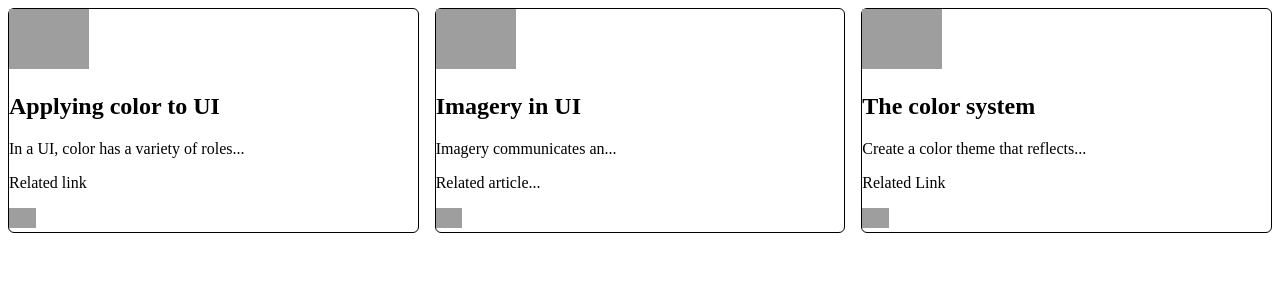
Repository: Sc-Juju/tres-cards
Page: index.html
These files come from the project's save history. The page is drawn as it stood at one moment and after the next save; the edit follows.
The browser window is 1280 px wide. The pictures show the whole page.
Pictures or frames that could not be fetched are drawn as grey boxes. Some web libraries are served in a nearby version.

Above is the page before, as saved 2022-09-29 14:24:01.

### index.html
<!DOCTYPE html>
<html lang="en">
	<head>
		<link
			rel="stylesheet"
			href="https://cdnjs.cloudflare.com/ajax/libs/font-awesome/6.2.0/css/all.min.css"
			integrity="sha512-xh6O/CkQoPOWDdYTDqeRdPCVd1SpvCA9XXcUnZS2FmJNp1coAFzvtCN9BmamE+4aHK8yyUHUSCcJHgXloTyT2A=="
			crossorigin="anonymous"
			referrerpolicy="no-referrer"
		/>
		<link rel="stylesheet" href="./main.css" />
		<meta charset="UTF-8" />
		<meta http-equiv="X-UA-Compatible" content="IE=edge" />
		<meta name="viewport" content="width=device-width, initial-scale=1.0" />
		<script
			src="https://kit.fontawesome.com/020fb16134.js"
			crossorigin="anonymous"
		></script>
		<title>Tres cards</title>
	</head>
	<body>
		<div class="tres-cards">
			<div class="card">
				<div class="card-image">
					<img
						src="https://cdn.icon-icons.com/icons2/91/PNG/128/color_wheel_16443.png"
						alt="color-wheel"
					/>
					<h2>Applying color to UI</h2>
					<p>In a UI, color has a variety of roles...</p>
				</div>
				<p>Related link</p>
				<img
					src="https://www.pngfind.com/pngs/m/510-5107490_vector-arrow-png-arrow-pointing-to-top-right.png"
					alt="arrow"
					class="arrow"
				/>
			</div>
			<div class="card">
				<div class="card-image">
					<img
						src="https://wac-cdn.atlassian.com/dam/jcr:1a5346ae-771f-4dde-8df8-b76738b612e2/Card-Spot-Illo-Speech-Bubbbles-@2x.png?cdnVersion=543"
						alt="text-cloud"
					/>
					<h2>Imagery in UI</h2>
					<p>Imagery communicates an...</p>
					<p>Related article...</p>
					<img
						src="https://www.pngfind.com/pngs/m/510-5107490_vector-arrow-png-arrow-pointing-to-top-right.png"
						alt="arrow"
						class="arrow"
					/>
				</div>
			</div>
			<div class="card">
				<div class="card-image">
					<img
						src="https://cdn.icon-icons.com/icons2/91/PNG/128/color_wheel_16443.png"
						alt="color-wheel"
					/>
					<h2>The color system</h2>
					<p>Create a color theme that reflects...</p>
					<p>Related Link</p>
					<img
						src="https://www.pngfind.com/pngs/m/510-5107490_vector-arrow-png-arrow-pointing-to-top-right.png"
						alt="arrow"
						class="arrow"
					/>
				</div>
			</div>
		</div>
	</body>
</html>

### main.css
.tres-cards{
    display:grid;
    grid-template-columns:repeat(3,1fr);
    gap:1em;
}
.card{
    border: 1px solid black;
    border-radius: 6px;
    display:inline-block;
}
img{
    height:60px;
}
.arrow{
    height: 20px;
}

After the next save:
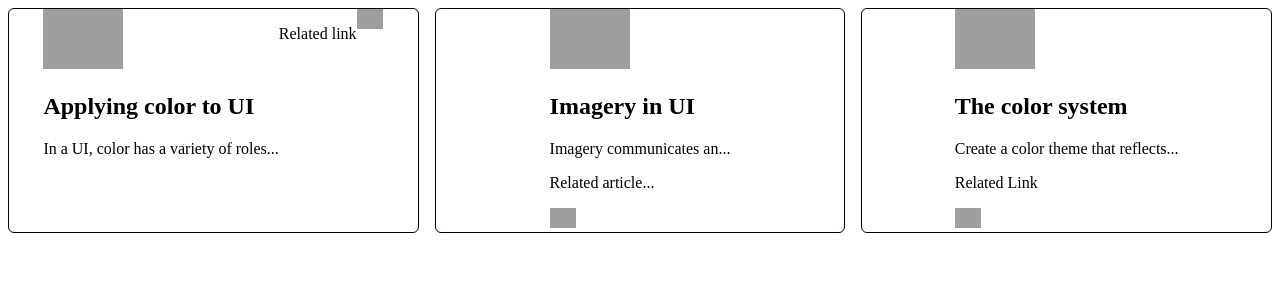
Saved 15 s later.
--- a/main.css
+++ b/main.css
@@ -6,7 +6,8 @@
 .card{
     border: 1px solid black;
     border-radius: 6px;
-    display:inline-block;
+    display:inline-flex;
+    justify-content: center;
 }
 img{
     height:60px;
